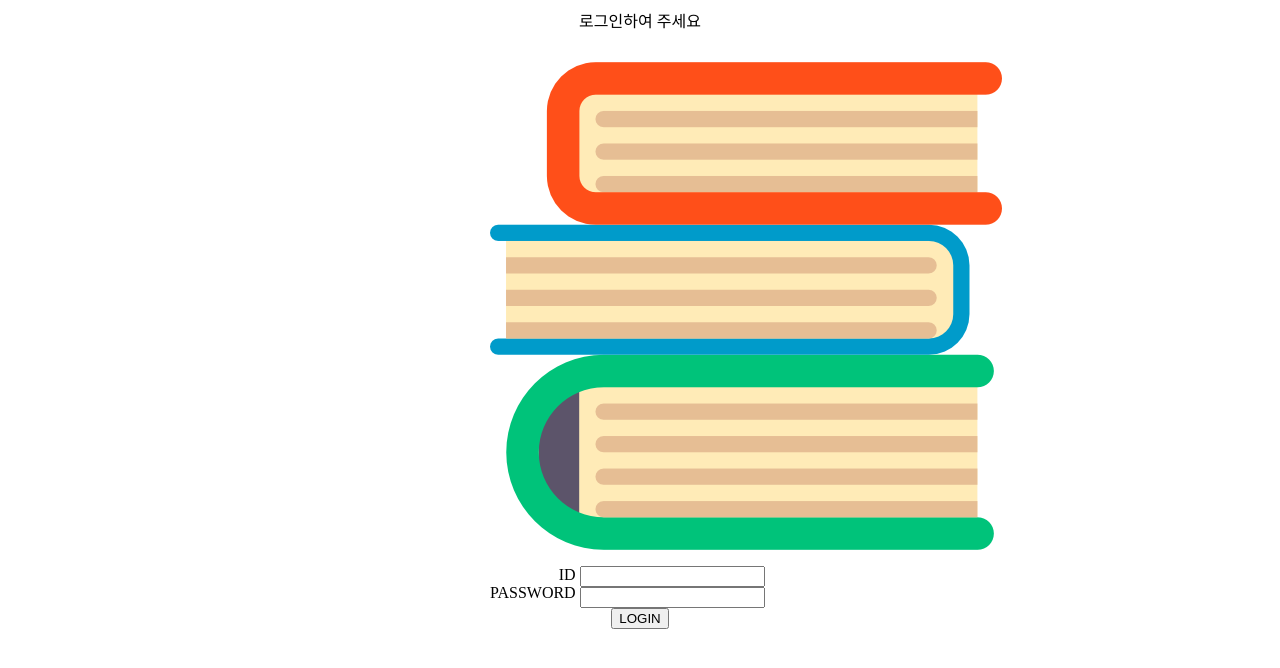
Repository: Minnaldo/Dev
Page: BackEnd/Eworkspace/ws_0911/WebContent/Login.html
An editor plug-in stored every save of this project. The page is shown before and after the next save, followed by the edit.
The browser window is 1280 px wide. The pictures show the whole page.

Above is the page before, as saved 2019-09-13 05:15:00.

### BackEnd/Eworkspace/ws_0911/WebContent/Login.html
<!DOCTYPE html>
<html>

<head>
<meta charset="UTF-8">
<title>Document</title>
<script src="https://code.jquery.com/jquery-3.4.1.js"></script>
<script>
	var login=function() {
		if ($('#input_id').val() == 'ssafy') {
			console.log($('#input_id').val());
			if ($('#input_pw').val() == '1111') {
				// load result.html
				console.log($('#input_pw').val());
				window.location.replace('./Result.html');
				alert('로그인 성공!');
			} else {
				alert('입력한 값을 다시 한번 확인해주세요');
			}
		} else {
			alert('입력한 값을 다시 한번 확인해주세요');
		}
	}
	$(function() {
		$('.login_btn').on('click', login);

		$('.login_btn').keydown(function(event){
			/* 엔터키 이벤트 */
			if(event.keyCode==13){
				login();
				alert('key enter press');
			}
		});
	});
</script>
</head>

<body>
	<div>
		<div style="text-align: center;">
			<div >로그인하여 주세요</div>
			<br>
			<div style="display: inline-block; width: 400px; margin-left: 100px">
			<img src="./images/books.png" alt="books">
			<div style='float: left;'>
				<td>
				<div style="text-align : right;" >ID&nbsp; </div>
				</td>
				<td>
				<div style="text-align : right;">PASSWORD&nbsp; </div>
				</td>
			</div>
			<div style='float: left;'>
				<td>
				<div style="text-align : left;"><input type="text" id="input_id" required></div>
				</td>
				<td>
				<div style="text-align : left;"><input type="password" id="input_pw" required></div>
				</td>
			</div>
			</div>
			<div style="clear: both;">
				<button class="login_btn" style="clear:both;">LOGIN</button>
			</div>
		</div>
	</div>
</body>

</html>

After the next save:
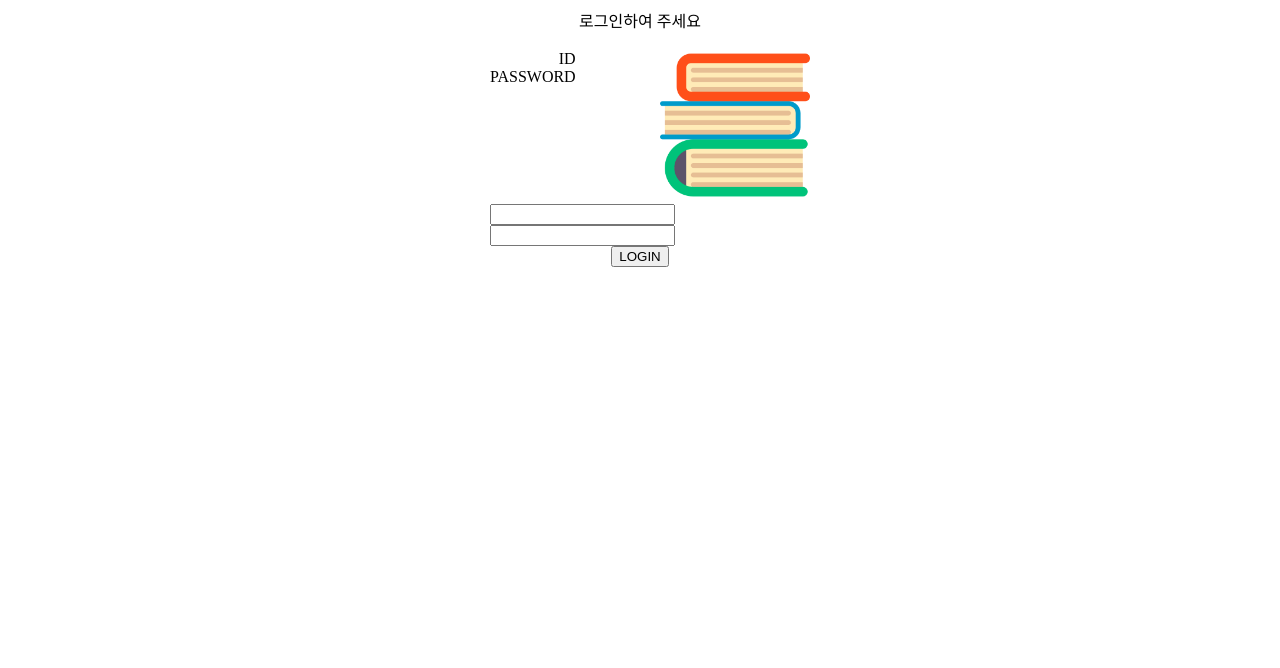
Saved 20 s later.
--- a/BackEnd/Eworkspace/ws_0911/WebContent/Login.html
+++ b/BackEnd/Eworkspace/ws_0911/WebContent/Login.html
@@ -41,7 +41,7 @@
 			<div >로그인하여 주세요</div>
 			<br>
 			<div style="display: inline-block; width: 400px; margin-left: 100px">
-			<img src="./images/books.png" alt="books">
+			<img src="./images/books.png" alt="books" style="width: 150px;">
 			<div style='float: left;'>
 				<td>
 				<div style="text-align : right;" >ID&nbsp; </div>
